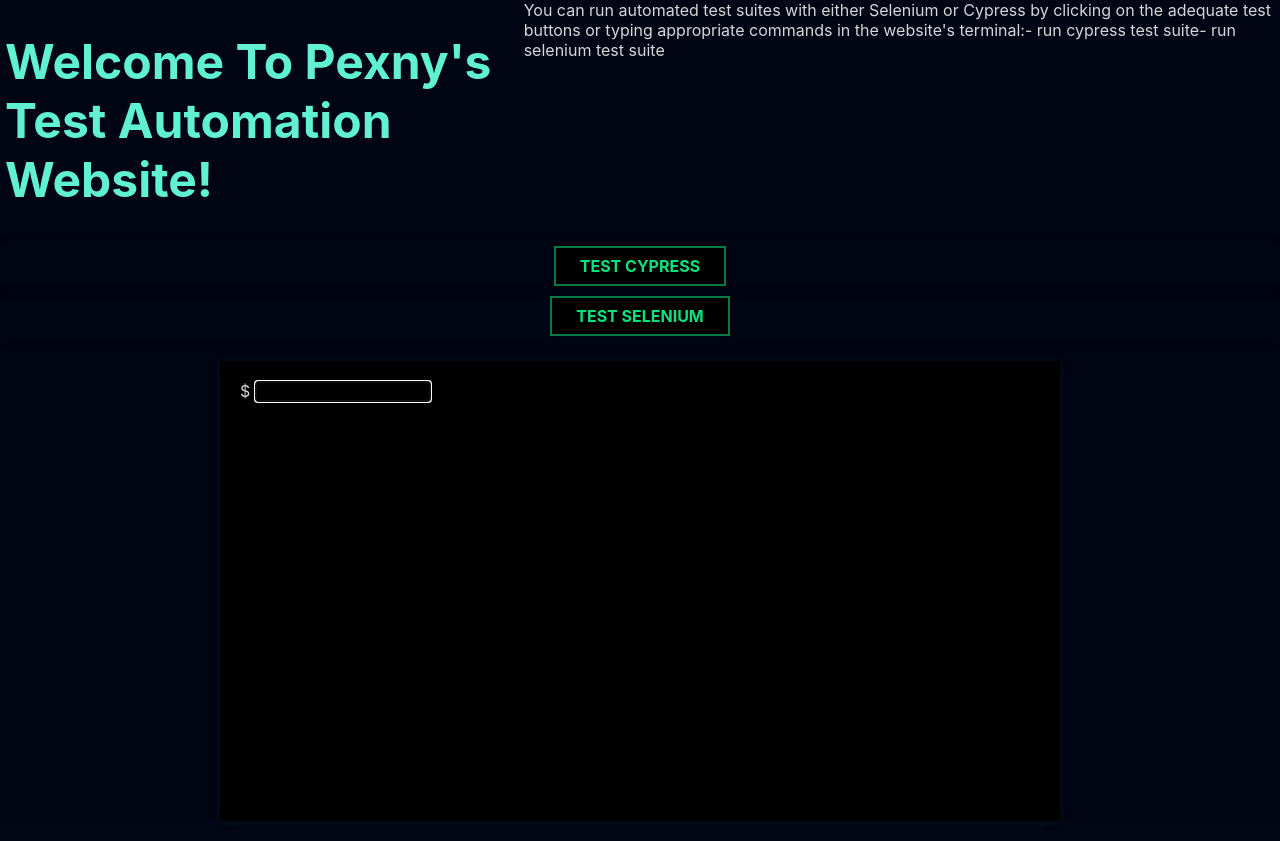
Repository: p3xny/Test-Automation-Website
Page: / (app in client/)
An editor plug-in stored every save of this project. The page is shown before and after the next save, followed by the edit.
The browser window is 1280 px wide. The pictures show the whole page.
The project was rebuilt for these pictures with package versions that can differ from the ones it lists, and the page was loaded fresh each time. Also part of the build but not shown: client/src/components/UI/TestMenu.js.

Above is the page before, as saved 2023-08-23 23:16:27.

### client/src/index.css
body {
  margin: 0;
  font-family: -apple-system, BlinkMacSystemFont, "Segoe UI", "Roboto", "Oxygen",
    "Ubuntu", "Cantarell", "Fira Sans", "Droid Sans", "Helvetica Neue",
    sans-serif;
  -webkit-font-smoothing: antialiased;
  -moz-osx-font-smoothing: grayscale;
  background-color: rgba(0, 5, 20, 0.993);
}

code {
  font-family: source-code-pro, Menlo, Monaco, Consolas, "Courier New",
    monospace;
}

### client/src/App.js
import React from "react";

import "./App.css";

import WelcomeMessage from "./components/UI/WelcomeMessage";
import Tests from "./components/Tests";
import Terminal from "./components/Terminal/Terminal";

function App() {
  return (
    <div className="App">
      <header className="App-header">
        <WelcomeMessage />
      </header>
      <Tests testTool="cypress" buttonId="cypress-menu" />
      <Tests testTool="selenium" buttonId="selenium-menu" />
      <Terminal />
    </div>
  );
}

export default App;

### client/src/App.css
.App {
  text-align: center;
  background: rgba(0, 5, 20, 0.993);
}

.App-logo {
  height: 40vmin;
  pointer-events: none;
}

@media (prefers-reduced-motion: no-preference) {
  .App-logo {
    animation: App-logo-spin infinite 20s linear;
  }
}

.App-header {
  /* background-color: rgba(0, 5, 20, 0.993); */
  /* min-height: 100vh; */
  /* display: flex; */
  /* flex-direction: column; */
  /* align-items: center; */
  /* justify-content: center; */
  font-size: calc(10px + 2vmin);
  color: white;
}

.App-link {
  color: #61dafb;
}

@keyframes App-logo-spin {
  from {
    transform: rotate(0deg);
  }
  to {
    transform: rotate(360deg);
  }
}

### client/src/components/UI/WelcomeMessage.js
import React from "react";

import styles from "./WelcomeMessage.module.css";

const WelcomeMessage = (props) => {
  return (
    <div className={styles.WelcomeMessage}>
      <h1>Welcome To Pexny's Test Automation Website!</h1>
      <span>
        You can run automated test suites with either Selenium or Cypress by
        clicking on the adequate test buttons or typing appropriate commands in
        the website's terminal:
        <span>- run cypress test suite</span>
        <span>- run selenium test suite</span>
      </span>
    </div>
  );
};

export default WelcomeMessage;

// const describeOriginal = require("mocha").describe;

// require("mocha").describe = (describeTitle) => {
//   TestListener.watch(describeTitle);
//   describeOriginal(describeTitle);
// };

### client/src/components/Tests.js
import React, { useState, useEffect } from "react";

import styles from "./UI/Button.module.css";

import TestMenu from "./UI/TestMenu";
import Button from "./UI/Button";
import Card from "./UI/Card";

const testCases = [
  {
    cypress: [
      { id: 1, name: "Cypress Full Test", command: "" },
      { id: 2, name: "Cypress Buttons Test", command: "" },
      { id: 3, name: "Cypress Terminal Test", command: "" },
    ],
    selenium: [
      { id: 1, name: "Selenium Full Test", command: "pytest -v" },
      {
        id: 2,
        name: "Selenium Buttons Test",
        command: "pytest -v test_client_buttons.py",
      },
      {
        id: 3,
        name: "Selenium Terminal Test",
        command: "pytest -v test_client_terminal.py",
      },
    ],
  },
];

const Tests = (props) => {
  const [isActive, setIsActive] = useState(false);

  const makeActiveHandler = (event) => {
    setIsActive(true);
    console.log("Activated!");
  };

  const makeInactiveHandler = (event) => {
    setIsActive(false);
  };

  const filterButtons = testCases.find((test) =>
    test.hasOwnProperty(props.testTool)
  );

  return (
    <div>
      {!isActive && (
        <Card>
          <Button
            name={`TEST ${props.testTool.toUpperCase()}`}
            id={`test-button-${props.buttonId}`}
            testFamily={props.testTool}
            onActivate={makeActiveHandler}
          />
        </Card>
      )}
      {isActive && (
        <Card>
          <TestMenu tests={filterButtons[props.testTool]} testTool="cypress" />
          <button
            className={styles.button}
            id={"back-button"}
            onClick={makeInactiveHandler}
          >
            BACK
          </button>
        </Card>
      )}
    </div>
  );
};

export default Tests;

### client/src/components/Terminal/Terminal.js
import React, { useState } from "react";

import styles from "./Terminal.module.css";

import Card from "../UI/Card";

const Terminal = (props) => {
  const [terminalInput, setTerminalInput] = useState("");
  const [terminalOutput, setTerminalOutput] = useState([]);

  const terminalInputHandler = (event) => {
    setTerminalInput(event.target.value);
    console.log(event.target.value);
  };

  const submitHandler = (event) => {
    event.preventDefault();
    writeToTerminal(`$ ${terminalInput}\n`);
    processCommand(terminalInput);
    setTerminalInput("");
  };

  const writeToTerminal = (message) => {
    setTerminalOutput((prevOutput) => [...prevOutput, message]);
  };

  const processCommand = async (command) => {
    try {
      const response = await fetch("http://localhost:5000/run_tests", {
        method: "POST",
        headers: {
          "Content-Type": "application/json",
        },
        body: JSON.stringify({ command }),
      });

      if (command === "clear" || command === "cls") {
        setTerminalOutput([]);
        return;
      }

      const data = await response.json();

      if (data.success) {
        writeToTerminal(data.output);
      } else {
        writeToTerminal(`Error: ${data.error}\n`);
      }
    } catch (error) {
      writeToTerminal(`Error: ${error}\n`);
    }
  };

  const highlightWords = (message) => {
    const greenWords = [
      "success",
      "Success",
      "SUCCESS",
      "passed",
      "Passed",
      "PASSED",
    ];
    const redWords = [
      // "error",
      // "Error",
      // "ERROR",
      "failed",
      "Failed",
      "FAILED",
      "FAILURES",
    ];
    const parts = message.split(
      new RegExp(`(${greenWords.concat(redWords).join("|")})`, "g")
    );

    return parts.map((part, index) => {
      if (greenWords.includes(part.toLowerCase())) {
        return (
          <span className={styles["highlighted-green"]} key={index}>
            {part}
          </span>
        );
      } else if (redWords.includes(part.toLowerCase())) {
        return (
          <span className={styles["highlighted-red"]} key={index}>
            {part}
          </span>
        );
      }
      return part;
    });
  };

  return (
    <div className={styles.terminal}>
      <div id="output">
        {terminalOutput.map((message, index) => (
          <pre key={index} className={styles.outputContent}>
            {highlightWords(message)}
          </pre>
        ))}
      </div>
      <form id="input-form" onSubmit={submitHandler}>
        <span>$</span>
        <input
          className={styles.input}
          type="text"
          id="command-input"
          value={terminalInput}
          onChange={terminalInputHandler}
          autoFocus
        />
      </form>
    </div>
  );
};

export default Terminal;

### client/src/components/UI/WelcomeMessage.module.css
.WelcomeMessage {
  color: rgb(96, 241, 210);
  font-size: 1.5rem;
  /* font-weight: bold; */
  display: flex;
}

.WelcomeMessage {
  margin-left: 5px;
  text-align: left;
}

### client/src/components/UI/Button.module.css
.button {
  width: 100%;
  font: inherit;
  font-weight: bold;
  padding: 0.5rem 1.5rem;
  border: 2px solid rgb(8, 121, 68);
  color: rgb(9, 226, 125);
  background: black;
  box-shadow: 0 0 4px rgba(0, 0, 0, 0.26);
  cursor: pointer;
  margin: 5px;
}

.button:focus {
  outline: none;
}

.button:hover,
.button:active {
  background: rgb(8, 121, 68);
  border-color: rgb(9, 226, 125);
  color: black;
  box-shadow: 0 0 8px rgba(0, 0, 0, 0.26);
}

@media (min-width: 768px) {
  .button {
    width: auto;
  }
}

### client/src/components/UI/Button.js
import styles from "./Button.module.css";

const Button = (props) => {
  return (
    <button id={props.id} className={styles.button} onClick={props.onActivate}>
      {props.name}
    </button>
  );
};

export default Button;

### client/src/components/UI/Card.js
import styles from "./Card.module.css";

const Card = (props) => {
  const classes = styles.card + " " + props.className;
  return <div className={classes}>{props.children}</div>;
};

export default Card;

### client/src/components/Terminal/Terminal.module.css
.terminal {
  margin-top: 20px;
  margin-bottom: 20px;
  margin-left: auto;
  margin-right: auto;

  /* border: 1px solid rgb(8, 121, 68); */
  padding: 20px;
  width: 80%;
  max-width: 800px;
  min-height: 420px;
  max-height: 420px;
  background-color: black;
  overflow-y: auto;
  overflow-x: auto;
  box-shadow: 0 0 10px rgba(23, 78, 62, 0.2);
  overflow-wrap: break-word;
}

#output {
  white-space: pre-wrap;
}

.outputContent {
  text-align: left;
  font-family: monospace;
  overflow-wrap: break-word;
  color: rgba(255, 255, 255, 0.842);
}

.highlighted-green {
  font-family: monospace;
  font-weight: bold;
  color: rgb(12, 145, 12);
}

.highlighted-red {
  font-family: monospace;
  font-weight: bold;
  color: rgb(158, 2, 2);
}

.input {
  background-color: transparent;
  /* border: none; */
  color: rgba(255, 255, 255, 0.842);
  font-family: monospace;
  caret-color: rgba(255, 255, 255, 0.842);
  margin: 0 5px;
}

form {
  display: flex;
  align-items: left;
}

span {
  color: rgba(255, 255, 255, 0.842);
  font-size: 1rem;
}

Loaded but not shown: client/public/index.html (common file); client/src/index.js (common file); client/src/reportWebVitals.js (common file); client/src/components/UI/Card.module.css (common file)

After the next save:
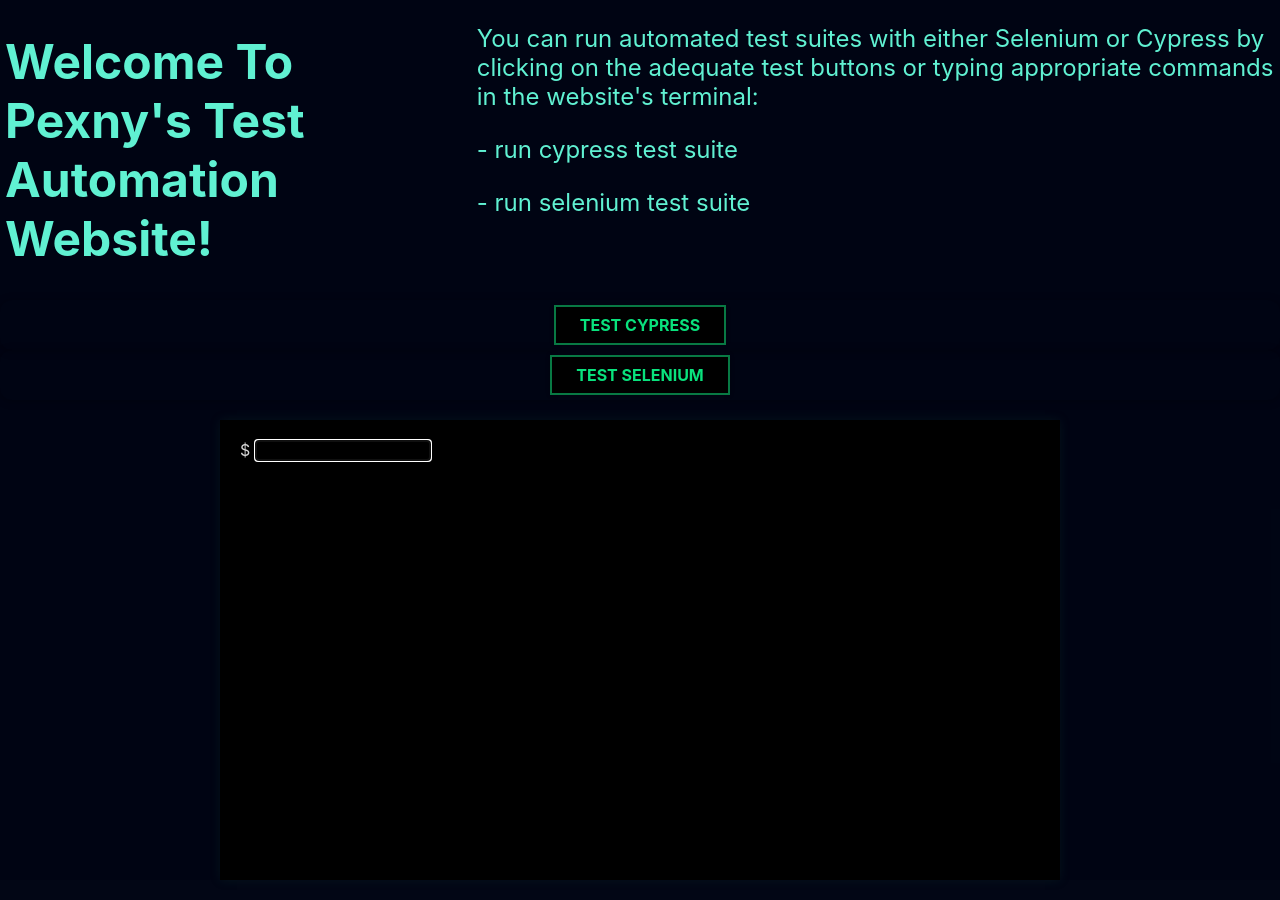
Saved 26 s later.
--- a/client/src/components/UI/WelcomeMessage.js
+++ b/client/src/components/UI/WelcomeMessage.js
@@ -6,13 +6,13 @@
   return (
     <div className={styles.WelcomeMessage}>
       <h1>Welcome To Pexny's Test Automation Website!</h1>
-      <span>
+      <p>
         You can run automated test suites with either Selenium or Cypress by
         clicking on the adequate test buttons or typing appropriate commands in
         the website's terminal:
-        <span>- run cypress test suite</span>
-        <span>- run selenium test suite</span>
-      </span>
+        <p>- run cypress test suite</p>
+        <p>- run selenium test suite</p>
+      </p>
     </div>
   );
 };
